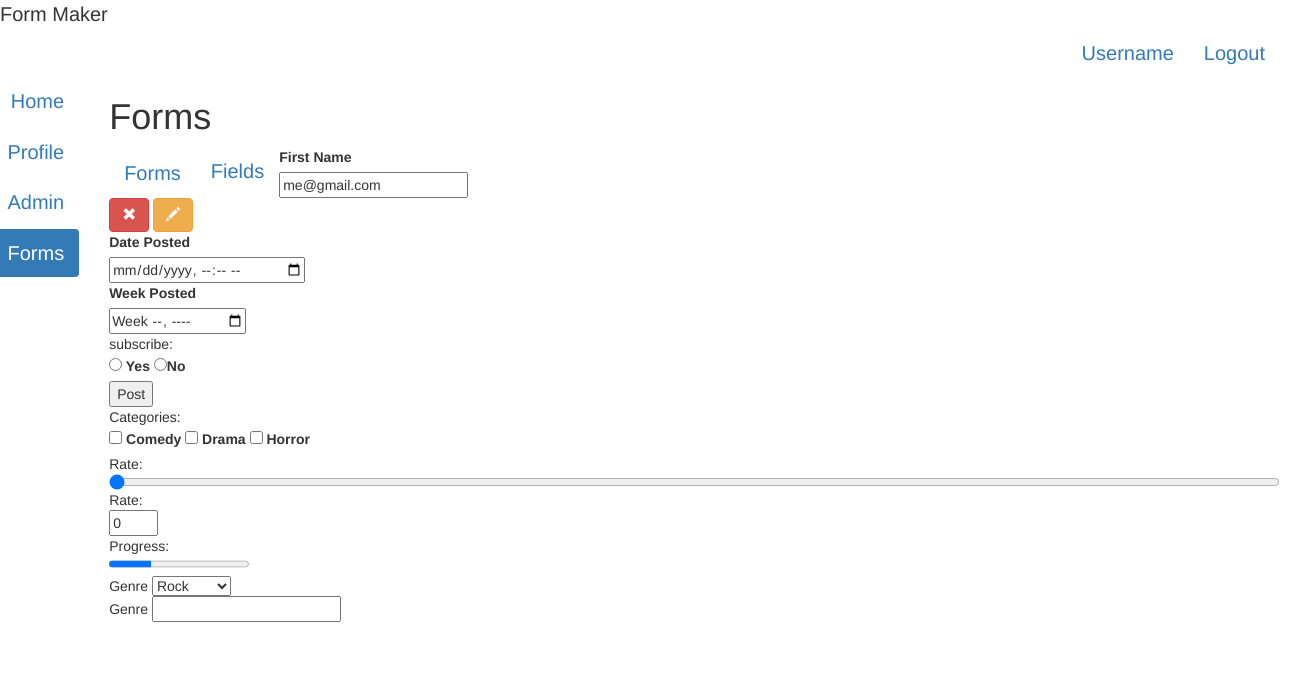
Repository: dishant8/Web-development
Page: public/WebDevWorkspace/Assignment1/WebContent/Css/Bootstrap/form-fields.html
An editor plug-in stored every save of this project. The page is shown before and after the next save, followed by the edit.
The browser window is 1280 px wide. The page is 1295 px wide, so the pictures cover 1295 px, including what lies to the right of the window. The pictures show the whole page.

Above is the page before, as saved 2015-10-03 19:42:47.

### public/WebDevWorkspace/Assignment1/WebContent/Css/Bootstrap/form-fields.html
<!DOCTYPE html>
<html>
<head>
<meta charset="ISO-8859-1">
<title>Form Maker</title>
<!--   <link href="Css/bootstrap.min.css" rel="stylesheet" />-->
<link href="app/vendor/bootstrap/dist/css/bootstrap.min.css"
	rel="stylesheet" />

<link rel="stylesheet" href="style.css" />


</head>
<body>
	<div>
		<div>
			<header id="form">
				<span id="formMaker">Form Maker</span>
				<ul class="nav nav-pills">
					<li id="logout" role="presentation"><a href="login.html">Logout</a></li>
					<li id="username" role="presentation"><a href="profile.html">Username</a></li>
				</ul>
			</header>
		</div>



		<div class="row">

			<div class="col-xs-1">

				<ul class="nav nav-pills nav-stacked">
					<li role="presentation"><a href="home.html">Home</a></li>
					<li role="presentation"><a href="profile.html">Profile</a></li>
					<li role="presentation"><a href="admin.html">Admin</a></li>
					<li role="presentation" class="active"><a href="forms.html">Forms</a></li>
				</ul>
			</div>

			<div class="col-xs-11">
				<h1>Forms</h1>
				<ul id="tab" class="nav nav-pills nav-stacked">

					<li role="presentation"><a href="form-fields.html">Fields</a></li>
					<li role="presentation"><a href="forms.html">Forms</a></li>
				</ul>


				<form>
					<div>
						<label for="first name">First Name</label>
						<div>
							<input value="me@gmail.com" id="email" placeholder="First Name"
								title="please enter your First Name" name="first name"
								type="email" />
						</div>

						<div>
							<a href="#" class="btn btn-danger"> <scan
									class="glyphicon glyphicon-remove"></scan>
							</a> <a href="#" class="btn btn-warning"> <scan
									class="glyphicon glyphicon-pencil"></scan>
							</a>
						</div>
					</div>

					<div>
						<label for="date">Date Posted</label>
						<div>
							<input id="date" title="Please enter date posted" name="date"
								type="datetime-local" />
						</div>
					</div>



					<div>
						<label for="week">Week Posted</label>
						<div>
							<input id="week" title="Please enter Week posted" name="week"
								type="week" />
						</div>
					</div>

					<div>
						subscribe: <br /> <label><input type="radio"
							name="subscribe" value="yes" /> Yes </label> <label><input
							type="radio" name="subscribe" value="no" />No</label>
					</div>

					<div>
						<button type="submit">Post</button>
					</div>

					<div>
						Categories: <br /> <label><input type="checkbox"
							name="Categories" value="comedy" /> Comedy</label> <label><input
							type="checkbox" name="Categories" value="drama" /> Drama</label> <label><input
							type="checkbox" name="Categories" value="Horror" /> Horror</label>

					</div>

					<div>
						Rate:<br /> <input type="range" max="5" value="0">


					</div>

					<div>
						Rate:<br /> <input type="number" min="0" max="5" value="0" />
					</div>

					<div>
						Progress:<br />
						<progress max="100" value="30" />
					</div>

					<div>

						Genre <select name="genre">
							<option value="ROCK">Rock</option>
							<option value="CLASSICAL">Classical</option>
							<option value="COUNTRY">Country</option>
							<option value="NEW AGE">New Age</option>
						</select>

					</div>

					<div>

						Genre <input list="genre2">
						<datalist id="genre2" />
						<option value="ROCK">Rock</option>
						<option value="CLASSICAL">Classical</option>
						<option value="COUNTRY">Country</option>
						<option value="NEW AGE">New Age</option>
						</select>

					</div>
				</form>


			</div>

		</div>
	</div>
</body>
</html>

### public/WebDevWorkspace/Assignment1/WebContent/Css/Bootstrap/style.css
body{
margin="10px";
padding="10px";

}

.col-md-1{
	border-right: black solid medium;
	border-top: black solid medium;
	border-bottom: black solid medium;
	border-left: black solid medium;
	font-size :15px;
}

#form{
		font-size: 20px;
	}


.contain{
		border-bottom: black solid medium;
	border-top: black solid medium;
	border-right: black solid medium;
	border-left: black solid medium;
	margin-top: 30 px;
	margin-bottom: 30 px;
	margin-left: 30 px;
	margin-right: 30 px;

}

#navigate{
	float= right;
	font-size: 20px;
}

.nav-pills>li{
	float: right;
	font-size: 20px;
}

#tab{
	float: left;
	font-size: 20px;
}

Loaded but not shown: public/WebDevWorkspace/Assignment1/WebContent/Css/Bootstrap/app/vendor/bootstrap/dist/css/bootstrap.min.css (library)

After the next save:
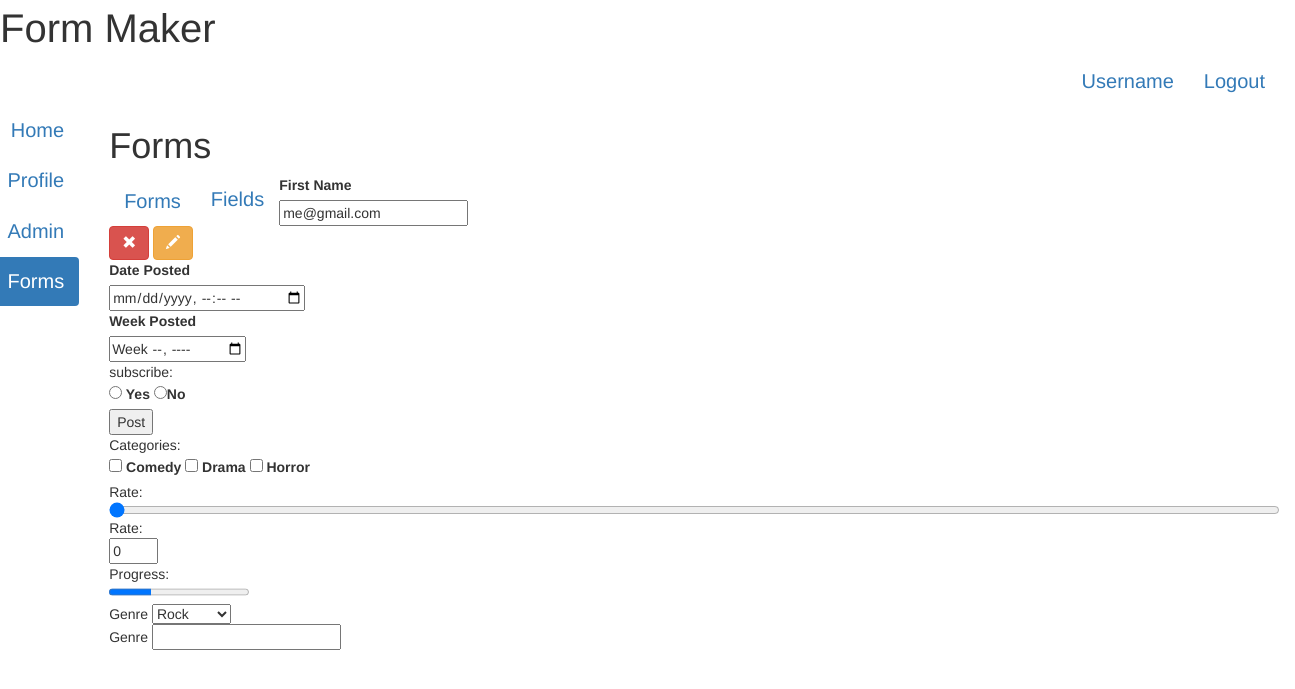
Saved 62 s later.
--- a/public/WebDevWorkspace/Assignment1/WebContent/Css/Bootstrap/style.css
+++ b/public/WebDevWorkspace/Assignment1/WebContent/Css/Bootstrap/style.css
@@ -13,7 +13,7 @@ padding="10px";
 }
 
 #form{
-		font-size: 20px;
+		font-size: 40px;
 	}
 
 
